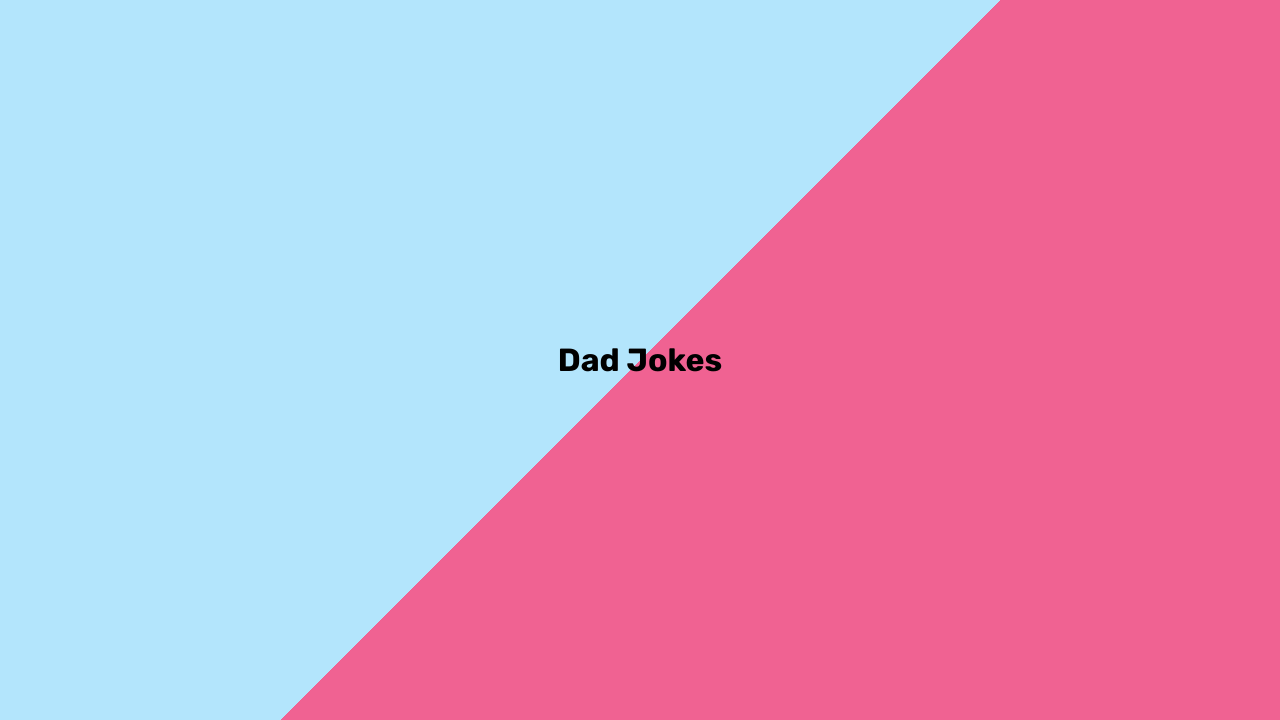
Repository: zhapar/dad-jokes
Page: /
These files come from the project's save history. The page is drawn as it stood at one moment and after the next save; the edit follows.
The browser window is 1280 px wide. The pictures show the whole page.
The page's requests for data from a server got no answer. The project was rebuilt for these pictures with package versions that can differ from the ones it lists, and the page was loaded fresh each time. No one was signed in, and anything a server would have sent is missing.

Above is the page before, as saved 2020-08-29 20:51:54.

### src/App.js
import React from "react";
import JokeList from "./JokeList";
import "./App.css";

function App() {
  return (
    <div className="App">
      <JokeList />
    </div>
  );
}

export default App;

### src/JokeList.js
import React, { Component } from "react";
import axios from "axios";

class JokeList extends Component {
  static defaultProps = {
    numJokesToGet: 10,
  };

  constructor(props) {
    super(props);
    this.state = {
      jokes: [],
    };
  }

  async componentDidMount() {
    let jokes = [];
    while (jokes.length < this.props.numJokesToGet) {
      let res = await axios.get("https://icanhazdadjoke.com/", {
        headers: { Accept: "application/json" },
      });
      jokes.push(res.data.joke);
    }
    this.setState({ jokes });
  }

  render() {
    return (
      <div className="JokeList">
        <h1>Dad Jokes</h1>
        <div className="JokeList-jokes">
          {this.state.jokes.map((j) => (
            <div>{j}</div>
          ))}
        </div>
      </div>
    );
  }
}

export default JokeList;

### src/App.css
@import url('https://fonts.googleapis.com/css2?family=Rubik:wght@300;400;700&display=swap');

.App {
  display: flex;
  justify-content: center;
  align-items: center;
  height: 100vh;
  font-family: 'Rubik', sans-serif;
  background: linear-gradient(135deg,
      rgba(179, 229, 252, 1) 0%,
      rgba(179, 229, 252, 1) 50%,
      rgba(240, 98, 146, 1) 50%,
      rgba(240, 98, 146, 1) 100%);
}

Loaded but not shown: src/index.js (common file); src/index.css (common file); src/serviceWorker.js (common file)

After the next save:
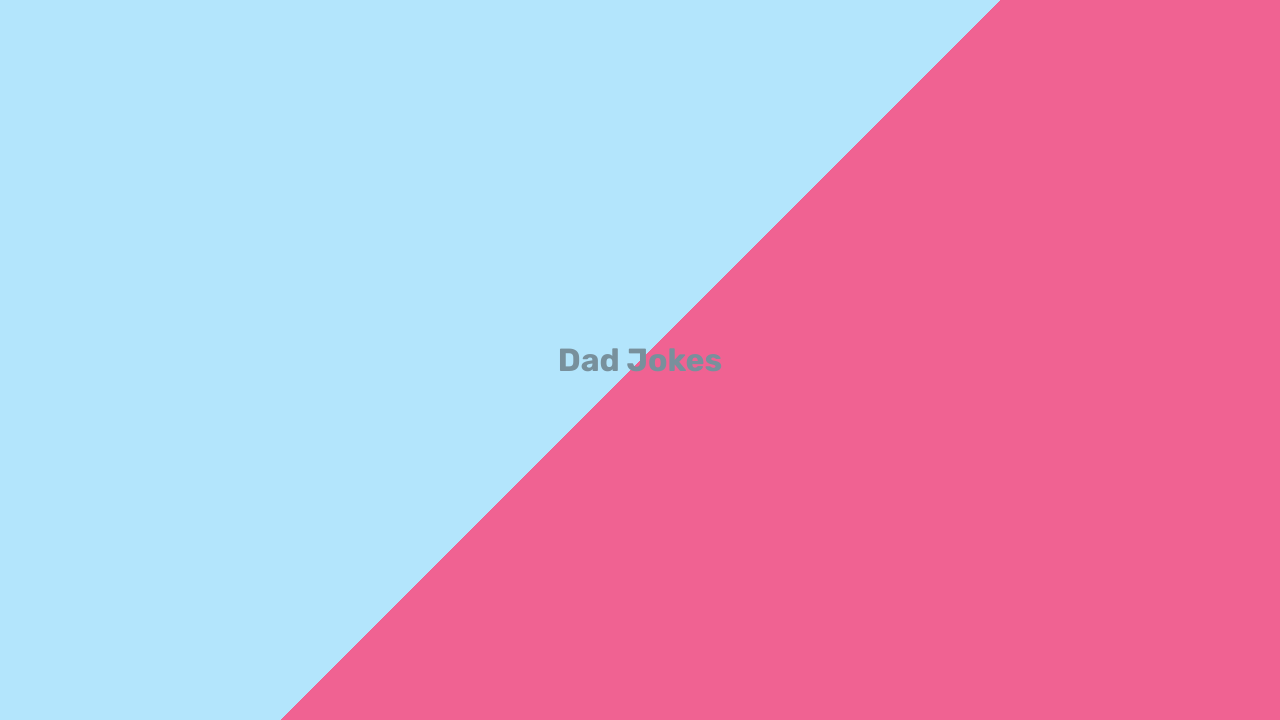
Saved 49 s later.
--- a/src/App.css
+++ b/src/App.css
@@ -6,6 +6,7 @@
   align-items: center;
   height: 100vh;
   font-family: 'Rubik', sans-serif;
+  color: #78909c;
   background: linear-gradient(135deg,
       rgba(179, 229, 252, 1) 0%,
       rgba(179, 229, 252, 1) 50%,
